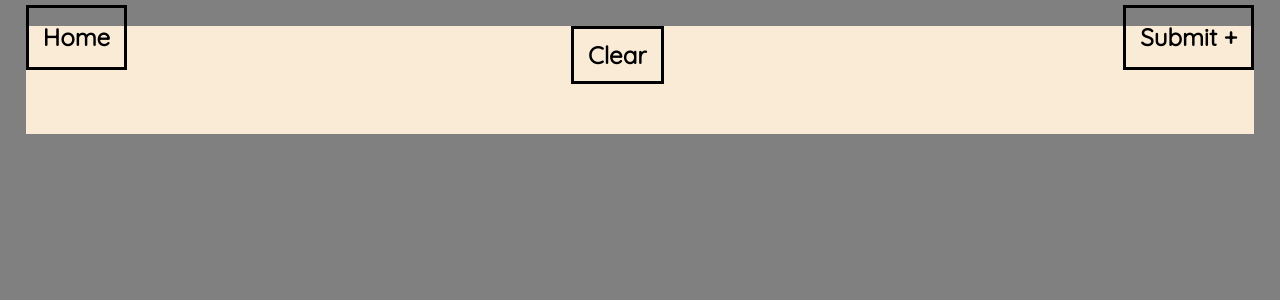
Repository: rickypcyt/WebMural
Page: /
These files come from the project's save history. The page is drawn as it stood at one moment and after a run of saves; the edit follows.
The browser window is 1280 px wide. The pictures show the whole page.
The project was rebuilt for these pictures with package versions that can differ from the ones it lists, and the page was loaded fresh each time.

Above is the page before, as saved 2022-09-12 13:12:05.

After the next 3 saves:
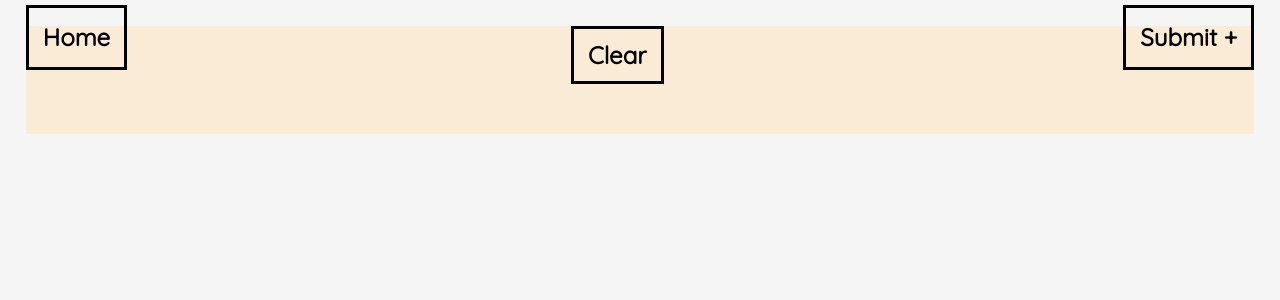
The 3 saves are shown as one change because they came seconds apart.
The last was saved 10 s later.
--- a/src/index.css
+++ b/src/index.css
@@ -20,7 +20,7 @@ input[type="file"] {
   padding: 10px;
 }
 html{
-  background-color: gray;
+  background-color: whitesmoke;
 }
 body {
   line-height: 1;
